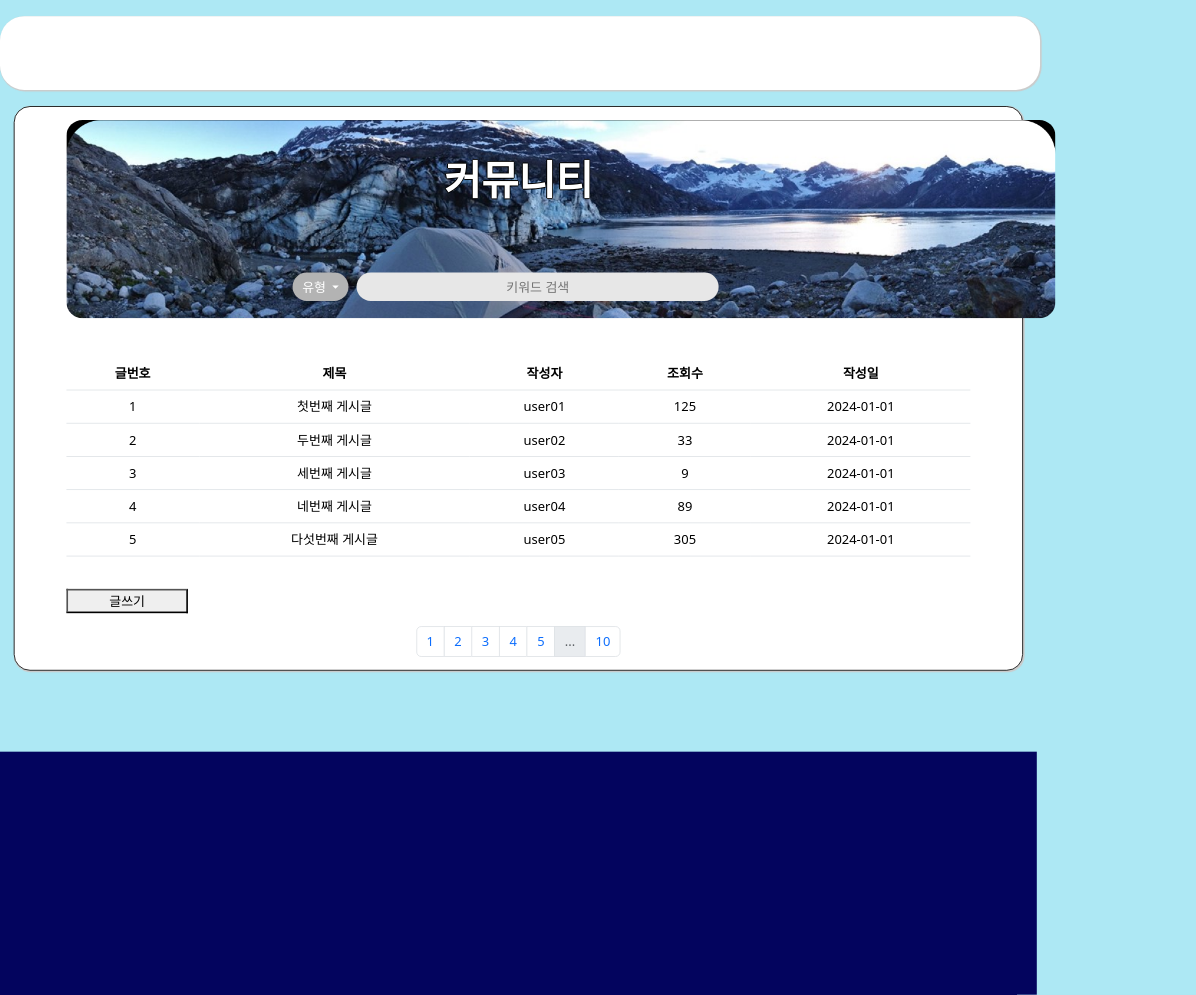
Repository: KimMJ0964/jsp
Page: http://localhost/Trafi/views/community/communityMain.jsp
An editor plug-in stored every save of this project. The page is shown before and after the next save, followed by the edit.
The browser window is 1280 px wide. The page is 1477 px wide, so the pictures cover 1477 px, including what lies to the right of the window. The pictures show the whole page, at 81% of full size.
The page is served by Tomcat 9.

Above is the page before, as saved 2024-09-19 08:06:40.

### Trafi/src/main/webapp/views/community/communityMain.jsp
<%@ page language="java" contentType="text/html; charset=UTF-8"
    pageEncoding="UTF-8"%>
<!DOCTYPE html>
<html lang="ko">
<head>
    <meta charset="UTF-8">
    <meta name="viewport" content="width=device-width, initial-scale=1.0">
    <title>커뮤니티</title>

    <!-- Latest compiled and minified CSS -->
    <link href="https://cdn.jsdelivr.net/npm/bootstrap@5.3.3/dist/css/bootstrap.min.css" rel="stylesheet">

    <!-- Latest compiled JavaScript -->
    <script src="https://cdn.jsdelivr.net/npm/bootstrap@5.3.3/dist/js/bootstrap.bundle.min.js"></script>
    <style>
        body {
            margin: 0;
            padding: 0;
            background-color: #ADE8F4;
        }
        .wrap {
            width: 1246px;
            margin: auto;
            border: 1px solid black;
            border-radius: 20px;
            background-color: white;
            box-shadow: 1px 1px 1px 1px rgb(203, 203, 203);
        }
        #header, #footer, #aside {
            height: 20%;
        }
        #header {
            width: 1284px;
            height: 91px;
            background-color: white;
            border-radius: 30px;
            margin: 0 auto;
            margin-top: 20px;
            margin-bottom: 20px;
            box-shadow: 1px 1px 1px 1px rgb(203, 203, 203);
            display: flex;
            justify-content: space-between;
            align-items: center;
        }

        #header img {
            width: 100px;
        }

        #header .dropdown {
            margin-right: 10px;
        }

        #header button {
            margin-right: 10px;
            background-color: white;
            font-size: 20px;
            color: black;
            font-weight: bold;
            border-style: none;
        }

        #header > .dropdown > button {
            background-color: white;
            font-size: 20px;
            color: black;
            font-weight: bold;
        }

        #footer {
            margin-top: 100px;
            width: 100%;
            height: 300px;
            background-color: #03045E;
        }

        .main_image {
            position: relative;
        }

        .main_image_text {
            position: absolute;
            top: 30%;
            left: 50%;
            transform: translate(-50%, -50%);
            color: white;
            font-weight: 900;
            text-shadow: -1px 0px black, 0px 1px black, 1px 0px black, 0px -1px black;
            font-size:50px;
        }

        #search {
            display: flex;
            align-items: center;
            gap: 10px; /* 간격 조정 */
            margin-top: 10px;
            position: absolute;
            top: 80%;
            left: 55%;
            transform: translate( -30%, -50% );
            text-align: center;
            width: 100%;
        }

        #searchKeyword {
            background-color: rgb(231, 231, 231);
            border-radius: 40px;
            border-style: none;
            width: 40%;
            height: 35px;
            text-align: center;
        }

        .btn {
            background-color: rgb(179, 179, 179);
            border-radius: 40px;
            border-style: none;
            height: 35px;
            text-align: center;
        }

        .createBtn {
            float: right;
            border-radius: 10px;
            border-style: none;
            background-color: rgb(177, 192, 255);
            width: 90px;
            height: 35px;
            font-weight: 600;
            color: white;
        }

        .createBtn:hover {
            background-color: rgb(147, 169, 255);
        }

        .table {
            text-align: center;
        }

        th {
            background-color: #9fd7ff; /* 연한 파랑색 */
        }

        .background-img {
            width: 1221px;
            border-radius: 20px;
        }

        #createBoardBtn {
        	width: 150px;
        }

        /* 반응형 디자인 - 481px ~ 768px */
        @media (max-width: 768px) and (min-width: 481px) {
            .wrap {
                width: 100%;
                border-radius: 10px;
                box-shadow: none;
                border: none;
            }
            #header {
                width: 100%;
                height: 70px;
                margin-top: 10px;
                margin-bottom: 10px;
            }
            .main_image img {
                width: 100%;
                border-radius: 10px;
                margin-top: 20px;
            }
            .main_image_text {
                font-size: 30px;
                margin-top: 5px;
            }
            #searchKeyword {
                width: 60%;
            }
            #search {
                top: 70%;
                left: 60%;
                transform: translate(-50%, -50%);
            }
            .createBtn {
                width: 100px;
                height: 40px;
            }

            .background-img {
                width: 400px;
                border-radius: 20px;
            }
        }

        /* 모바일 화면 (최대 480px 이하) */
        @media (max-width: 480px) {
            .wrap {
                width: 100%;
                margin: 0;
                border: none;
                box-shadow: none;
                padding: 0 10px;
            }
            #header {
                width: 100%;
                height: 70px;
                margin-top: 10px;
                margin-bottom: 10px;
            }
            .main_image img {
                width: 100%;
                border-radius: 10px;
            }
            .main_image_text {
                font-size: 25px;
            }
            #searchKeyword {
                width: 80%;
            }
            #search {
                top: 90%;
                left: 50%;
                transform: translate(-50%, -50%);
            }
            .createBtn {
                width: 90px;
                height: 35px;
            }

            .background-img {
                width: 400px;
                border-radius: 20px;
            }
        }

    </style>
</head>
<body>
    <div id="header"></div>

    <div class="wrap">
        <div class="container mt-3">
            <div class="main_image">
                <img src="./img/ta.png" class="background-img">
                <h1 class="main_image_text">커뮤니티</h1>
                <div id="search">
                    <div class="dropdown">
                        <button type="button" id="dropdownMenuButton" class="btn btn-primary dropdown-toggle" data-bs-toggle="dropdown">
                            유형
                        </button>
                        <ul class="dropdown-menu" aria-labelledby="dropdownMenuButton">
                            <li><a class="dropdown-item" href="#" onclick="updateDropdownText('작성자')">작성자</a></li>
                            <li><a class="dropdown-item" href="#" onclick="updateDropdownText('제목')">제목</a></li>
                            <li><a class="dropdown-item" href="#" onclick="updateDropdownText('작성일')">작성일</a></li>
                        </ul>
                    </div>
                    <input type="text" id="searchKeyword" placeholder="키워드 검색">
                </div>
            </div>
            <br><br>
            <table class="table table-hover">
                <thead>
                    <tr>
                        <th>글번호</th>
                        <th>제목</th>
                        <th>작성자</th>
                        <th>조회수</th>
                        <th>작성일</th>
                    </tr>
                </thead>
                <tbody>
                    <tr>
                        <td>1</td>
                        <td>첫번째 게시글</td>
                        <td>user01</td>
                        <td>125</td>
                        <td>2024-01-01</td>
                    </tr>
                    <tr>
                        <td>2</td>
                        <td>두번째 게시글</td>
                        <td>user02</td>
                        <td>33</td>
                        <td>2024-01-01</td>
                    </tr>
                    <tr>
                        <td>3</td>
                        <td>세번째 게시글</td>
                        <td>user03</td>
                        <td>9</td>
                        <td>2024-01-01</td>
                    </tr>
                    <tr>
                        <td>4</td>
                        <td>네번째 게시글</td>
                        <td>user04</td>
                        <td>89</td>
                        <td>2024-01-01</td>
                    </tr>
                    <tr>
                        <td>5</td>
                        <td>다섯번째 게시글</td>
                        <td>user05</td>
                        <td>305</td>
                        <td>2024-01-01</td>
                    </tr>
                </tbody>
            </table>
            <br>
            <button id="createBoardBtn">글쓰기</button>
            <br>
            <!-- Pagination -->
            <nav aria-label="Page navigation">
                <ul class="pagination justify-content-center mt-3">
                    <li class="page-item"><a class="page-link" href="#">1</a></li>
                    <li class="page-item"><a class="page-link" href="#">2</a></li>
                    <li class="page-item"><a class="page-link" href="#">3</a></li>
                    <li class="page-item"><a class="page-link" href="#">4</a></li>
                    <li class="page-item"><a class="page-link" href="#">5</a></li>
                    <li class="page-item disabled"><a class="page-link" href="#">...</a></li>
                    <li class="page-item"><a class="page-link" href="#">10</a></li>
                </ul>
            </nav>
        </div>
    </div>

    <div id="footer"></div>
</body>
</html>

After the next save:
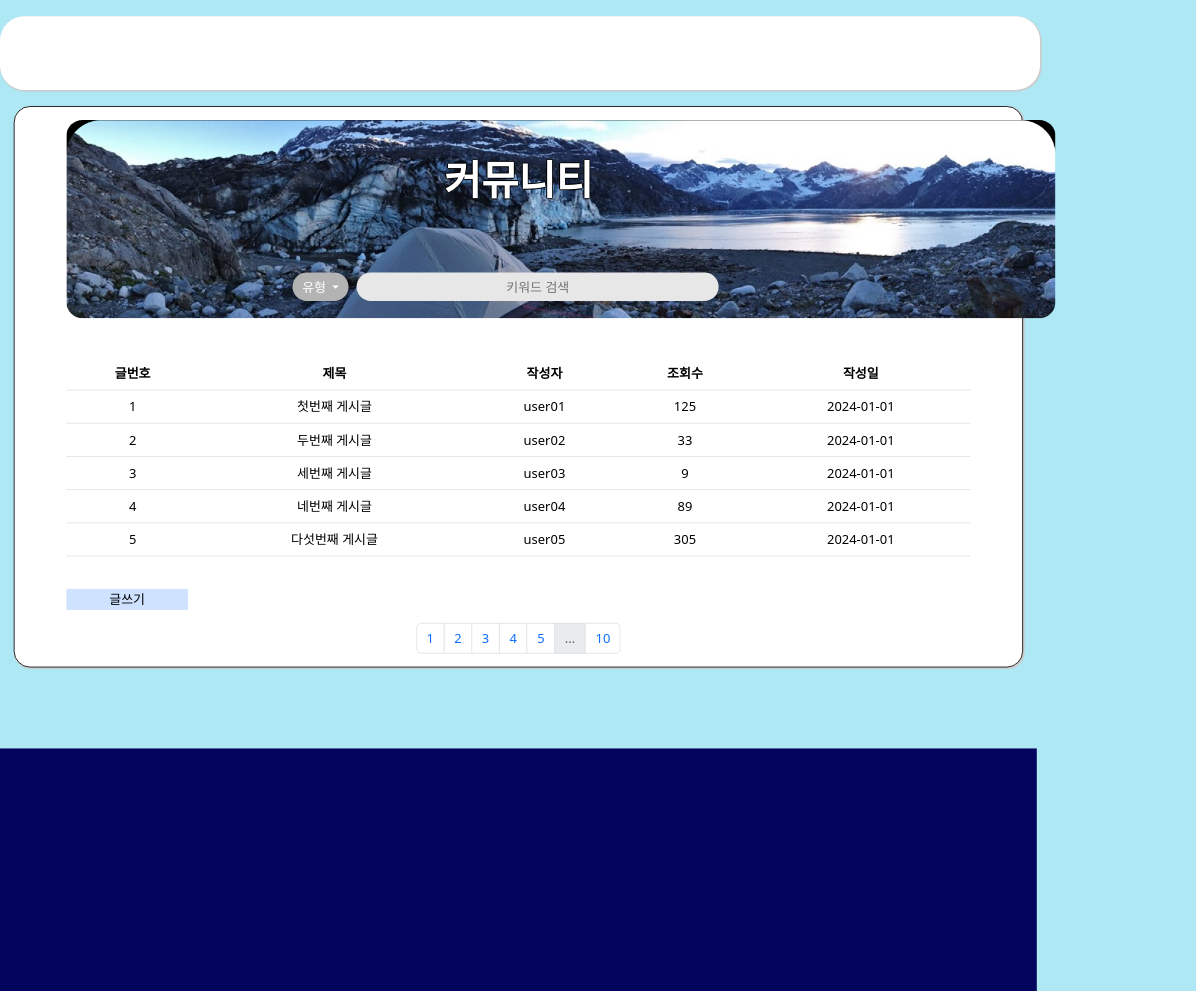
Saved 23 s later.
--- a/Trafi/src/main/webapp/views/community/communityMain.jsp
+++ b/Trafi/src/main/webapp/views/community/communityMain.jsp
@@ -149,6 +149,8 @@
 
         #createBoardBtn {
         	width: 150px;
+        	border-style: none;
+        	background-color: #CFE2FF;
         }
 
         /* 반응형 디자인 - 481px ~ 768px */
